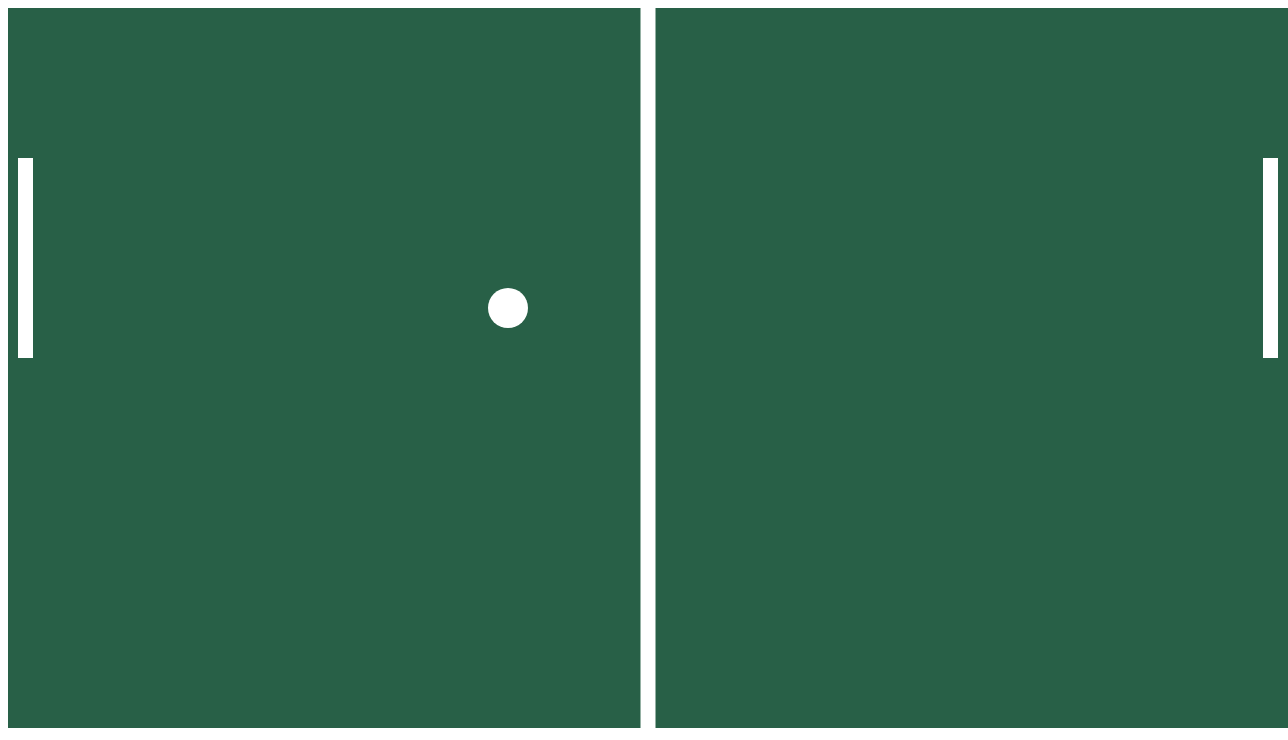
Repository: AkirahCarvalho/ping_pong
Page: index.html
An editor plug-in stored every save of this project. The page is shown before and after a run of saves, followed by the edit.
The browser window is 1280 px wide. The page is 1288 px wide, so the pictures cover 1288 px, including what lies to the right of the window. The pictures show the whole page.

Above is the page before, as saved 2024-03-26 16:33:23.
Console error (its wording comes from the project's code and is left out).

### index.html
<!DOCTYPE html>
<html lang="en">
<head>
    <meta charset="UTF-8">
    <meta name="viewport" content="width=device-width, initial-scale=1.0">
    <title>PING PONG</title>

</head>
<body>
    <canvas>

    </canvas>
    <script>
        const canvasEl = document.querySelector("canvas"),
         canvasCtx = canvasEl.getContext("2d")

         const lineWidth=15

        function setup(){ //roda o elemento
            canvasEl.width = canvasCtx.width = window.innerWidth
            canvasEl.height = canvasCtx.height = window.innerHeight
        }

        function draw(){
            canvasCtx.fillStyle="#286047"
            canvasCtx.fillRect(0,0, window.innerWidth, window.innerHeight)

            canvasCtx.fillStyle="#ffffff"

            const x=window.innerWidth / 2 - lineWidth / 2
            const y=0
            const w=lineWidth
            const h=window.innerHeight

            canvasCtx.fillRect(x, y, w, h)
          //desenhando raquete esquerda
            canvasCtx.fillRect(10, 150, lineWidth, 200)
            //desenhando raquete direita
            canvasCtx.fillRect(window.innerWidth-lineWidth-10, 150, lineWidth, 200)

            //desenhando bolinha
            canvasCtx.beginPath()
            canvasCtx.arc(500, 300, 20, 0, 2*Math.PI, false)
            canvasCtx.fill()

            //desenha placar
            canvasCtx.font="bold 72px Arial"
            canvasCtx.textAlign="center"
            canvasCtx.textBaseline="top"
            canvasCtx.fillStyle="#01341D"
            canvasCtx.fillText("3", window.innerWidth)
        }

        setup()
        draw()
    </script>
</body>
</html>

After the next 8 saves:
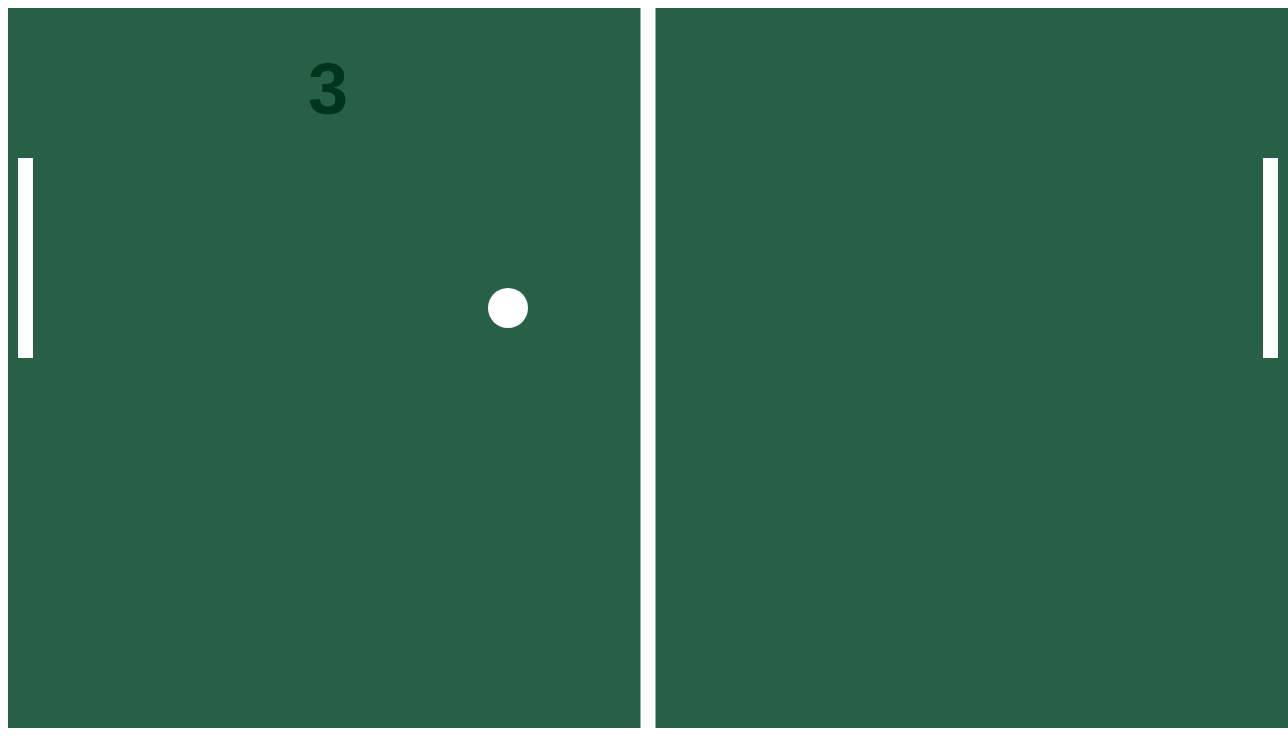
The error is gone.
The 8 saves are shown as one change because they came seconds apart.
The last was saved 21 s later.
--- a/index.html
+++ b/index.html
@@ -48,7 +48,8 @@
             canvasCtx.textAlign="center"
             canvasCtx.textBaseline="top"
             canvasCtx.fillStyle="#01341D"
-            canvasCtx.fillText("3", window.innerWidth)
+            canvasCtx.fillText("3", window.innerWidth / 4, 50)
+            canvasCtx.fillText
         }
 
         setup()
